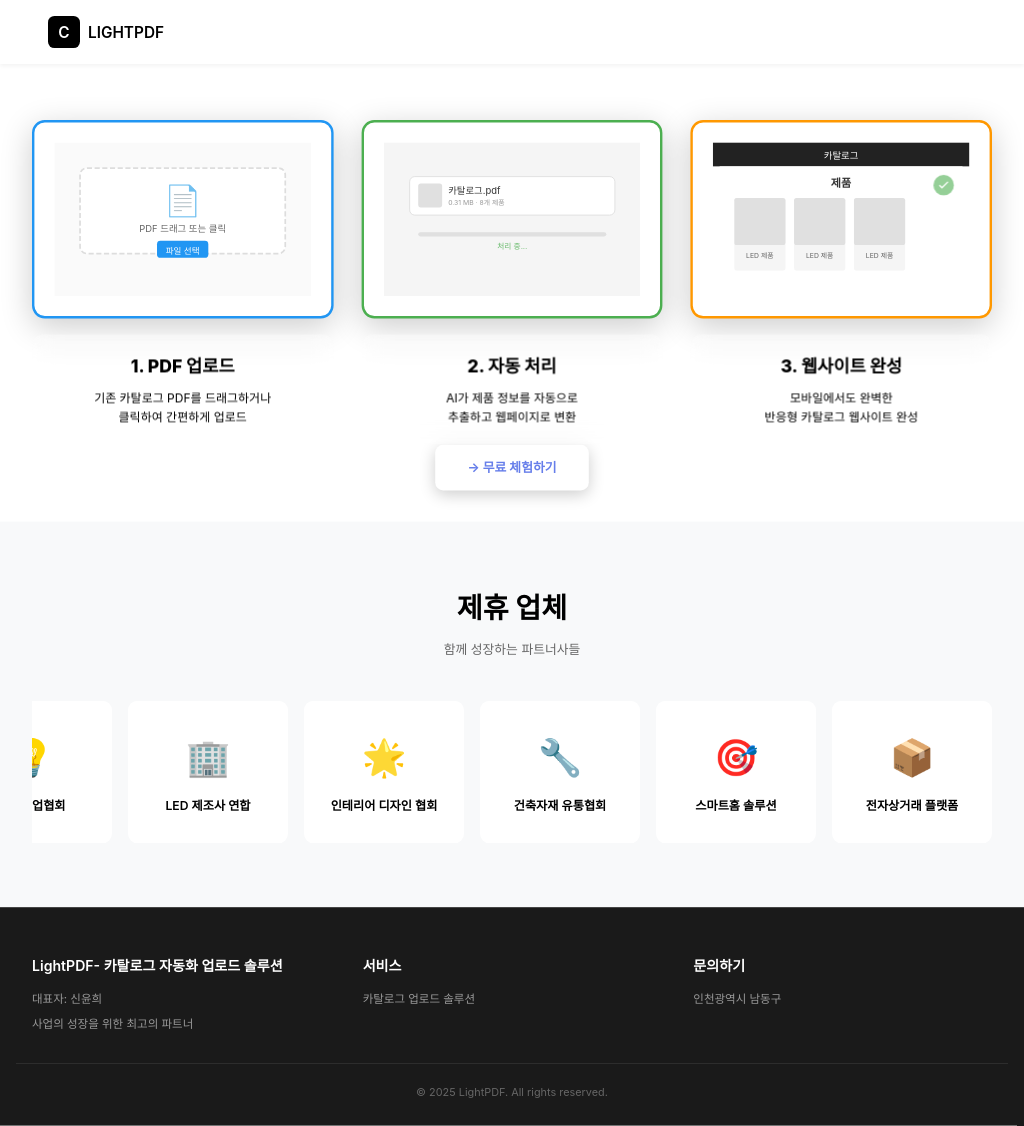
Repository: ororso11/catamaster
Page: index.html
These files come from the project's save history. The page is drawn as it stood at one moment and after the next save; the edit follows.
The browser window is 1280 px wide. The pictures show the whole page, at 80% of full size.

Above is the page before, as saved 2025-10-05 00:54:02.

After the next save:
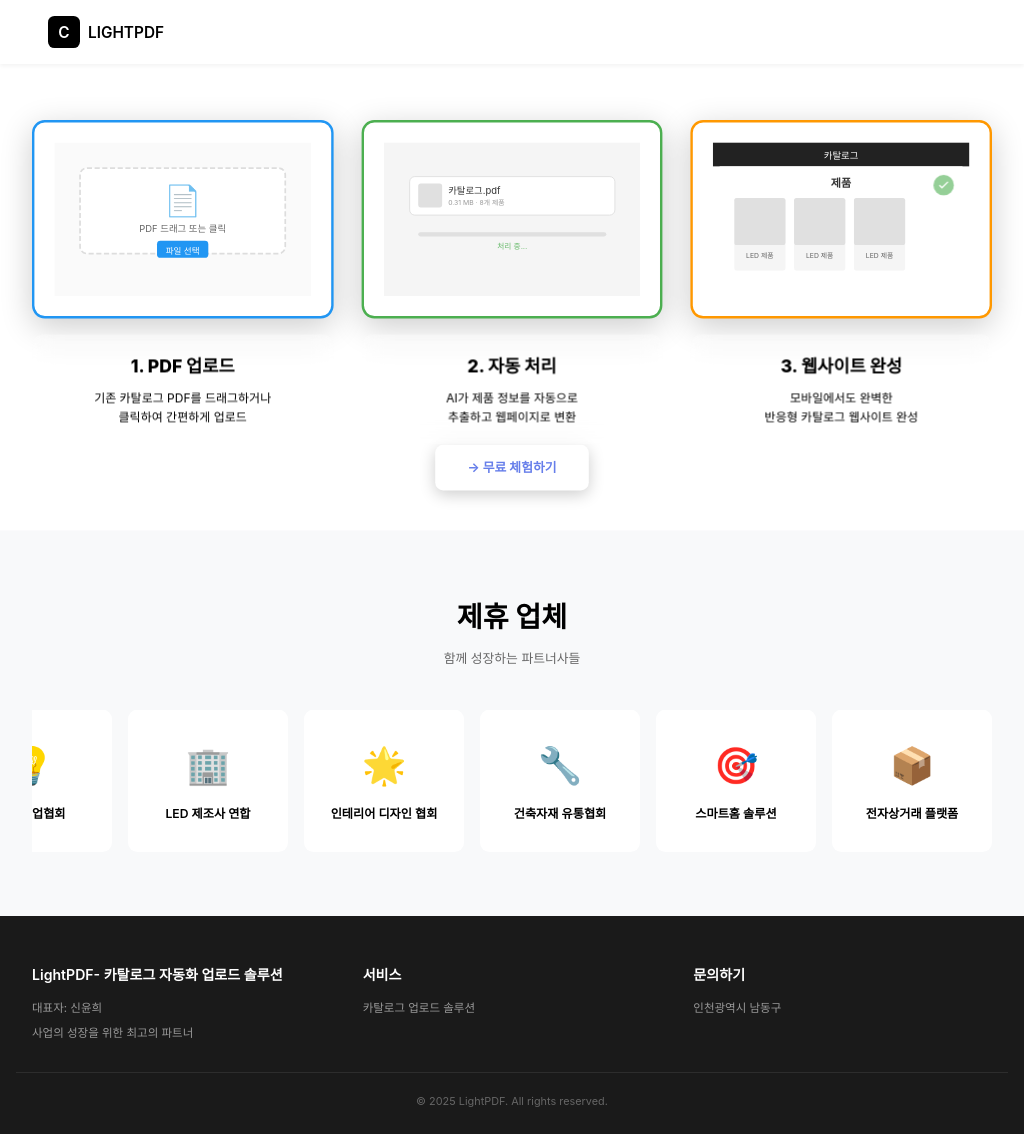
Saved 7 s later.
--- a/style.css
+++ b/style.css
@@ -55,7 +55,7 @@ header {
 .hero {
     /* background: linear-gradient(135deg, #667eea 0%, #764ba2 100%); */
     /* padding: 80px 20px 100px; */
-    padding:0px 10px 39px;
+    padding:0px 10px 50px;
     text-align: center;
 }
 
